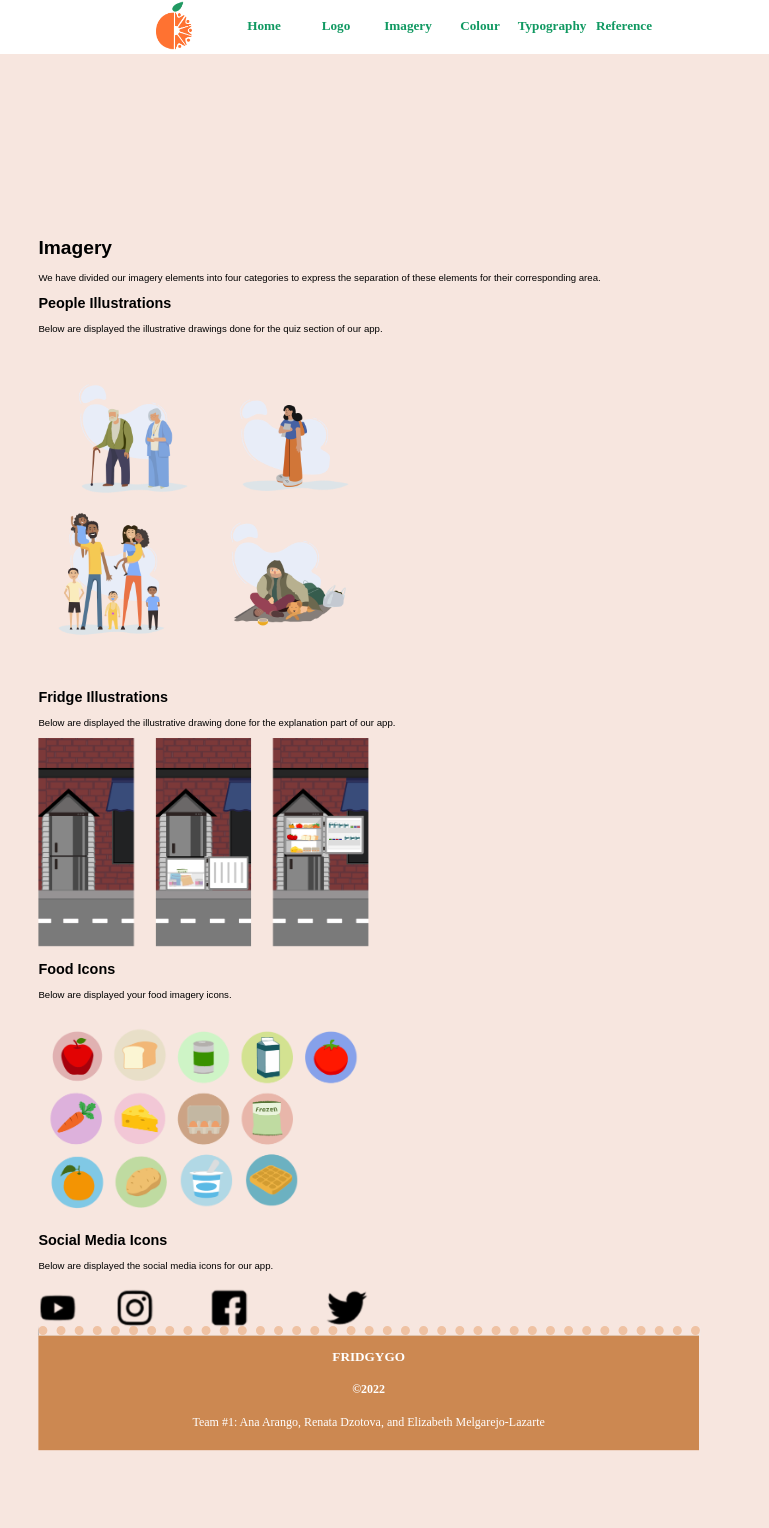
Repository: anagarango/fridgygostyle
Page: http://localhost/imagery.php
These files come from the project's save history. The page is drawn as it stood at one moment and after the next save; the edit follows.
The browser window is 1280 px wide. The page is 1280 px wide, then 1282 px, so the pictures cover 1282 px, including what lies to the right of the window. The pictures show the whole page, at 60% of full size.
Some web fonts or font styles are not loaded; a fallback is used. The page is run by PHP 8.4 with error messages shown; the project is at /var/www/html/.

Above is the page before, as saved 2022-03-22 23:55:27.

### imagery.php
<!DOCTYPE html>
<html lang="en">
<head>
    <meta charset="UTF-8">
    <meta http-equiv="X-UA-Compatible" content="IE=edge">
    <meta name="viewport" content="width=device-width, initial-scale=1.0">
    <title>Document</title>
    <style>
        .logo_inspirations{
            padding: 10% 5%;
            height: fit-content
        }
        .imagery_section img{
            width: 50%;
        }
        .imagery_section{
            padding: 10% 5%;
            width: 86vw;
            height: fit-content;
        }
    </style>
</head>
<body>
    <?php include 'header.php';?>
    <div class="logo_inspirations">
    </div>

    <div class="imagery_section">
     <div class= "imagery">

        <h1>Imagery</h1>
        <p> We have divided our imagery elements into four categories to express the separation of these elements for their corresponding area. </p>
    </div>

    <div class="people_section">
        <h2>People Illustrations</h2>
    <p> Below are displayed the illustrative drawings done for the quiz section of our app.</p>
    <img src="imgs/people.png">
    </div>
    <div class="fridge_section">
        <h2>Fridge Illustrations</h2>
 <p>Below are displayed the illustrative drawing done for the explanation  part of our app.</p>
 <img src="imgs/fridges.png">

 </div>
 <div class="food_icon_section">
     <h2>Food Icons</h2>
 <p> Below are displayed your food imagery icons.</p>
 <img src="imgs/food_icons.png">
</div>

<div class="social_icon_section">
<h2>Social Media Icons</h2>
<p>Below are displayed the social media icons for our app.</p>
<img src="imgs/social_icons.png">
    </div>
    <?php include 'footer.php';?>
</body>
</html>

### header.php
<!DOCTYPE html>
<html lang="en">
<head>
    <meta charset="UTF-8">
    <meta http-equiv="X-UA-Compatible" content="IE=edge">
    <meta name="viewport" content="width=device-width, initial-scale=1.0">
    <title>Document</title>
    <style>
        @import url('https://fonts.googleapis.com/css2?family=Staatliches&display=swap');
        html{
            background-color: rgb(253, 241, 227);
            background-color: #f7e6df
        }
        body{
            margin: -10px 0 0 0;
            font-family: Arial, Helvetica, sans-serif;
        }
        .header{
            display: flex;
            position: fixed;
            margin-top: -5px;
            background-color: white;
            height: 105px;
            width: 100vw;
            justify-content: center;
            align-items: center;
            z-index: 1;
            font-family: 'Staatliches', cursive;
        }
        .header > a {
            display: flex;
            justify-content: center;
            align-items: center;
            padding-top:10px;
            width: 120px;
            height: 95px;
            font-size: 22px;
            color: #119962;
            text-decoration: none;
            font-weight: 600;
        }
        .header > .hover:hover {
            font-size: 26px;
            background-color: #efc2a3;
            color: rgb(163, 98, 45);
            transition: 0.4s;
            font-weight: 800;
        }
        .logo {
            width: 100px;
            margin-top:35px;
            height: 100%;
            background-image: url("imgs/final_logo.png");
            background-size: 50%;
            background-repeat: no-repeat;

        }
    </style>
</head>
<body>
    <ul class="header">
        <a class="logo" href="index.php"></a>
        <a class="hover" href="index.php">Home</a>
        <a class="hover" href="logo.php">Logo</a>
        <a class="hover" href="imagery.php">Imagery</a>
        <a class="hover" href="colour.php">Colour</a>
        <a class="hover" href="typo.php">Typography</a>
        <a class="hover" href="ref.php">Reference</a>
    </ul>
</body>
</html>

### footer.php
<!DOCTYPE html>
<html lang="en">
<head>
    <meta charset="UTF-8">
    <meta http-equiv="X-UA-Compatible" content="IE=edge">
    <meta name="viewport" content="width=device-width, initial-scale=1.0">
    <title>Document</title>
    <style>
        .footer{
            display: flex;
            justify-content: center;
            align-items: center;
            flex-direction: column;
            margin-top: 0px;
            padding-bottom: 15px;
            background-color: rgb(204, 136, 81);
            font-family: 'Staatliches', cursive;
        }

        .line{
            width: 100%;
            border-top: 15px dotted #efc2a3;
            margin-top: -15px;
        }

        .brand_name{
            font-size: 22px;
            color: white;
        }

        .copy_right {
            font-size: 20px;
            color: white;
        }

        .team1{
            font-weight: 500;
            font-size: 20px;
            color: white;
        }
</style>
</head>
<body>
    <div class="footer">
        <hr class="line">
        <h1 class="brand_name"> FRIDGYGO</h1>
        <h1 class="copy_right">©2022</h1>
        <h3 class="team1">Team #1: Ana Arango, Renata Dzotova, and Elizabeth Melgarejo-Lazarte </h3>
    </div>
</body>
</html>

After the next save:
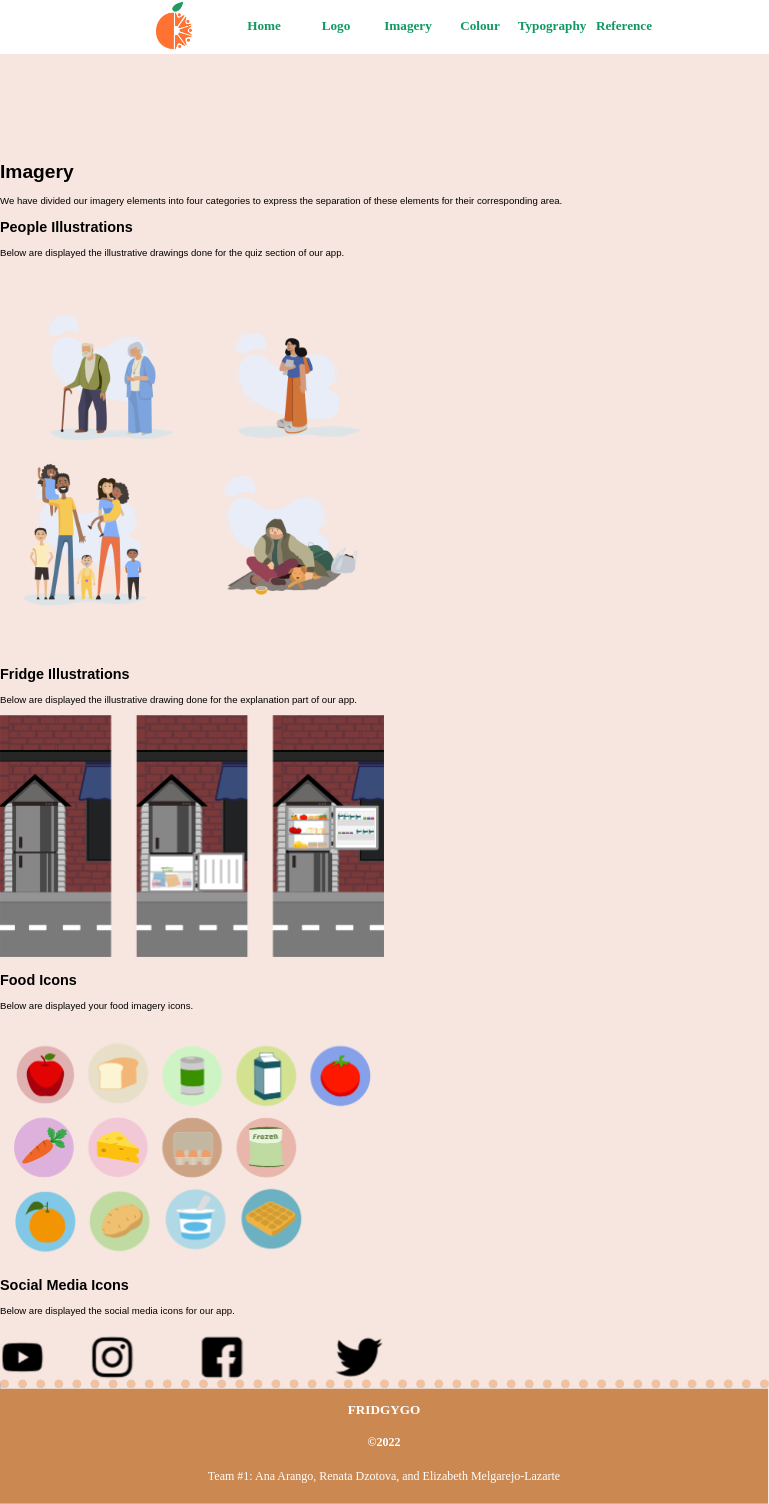
Saved 22 s later.
--- a/imagery.php
+++ b/imagery.php
@@ -14,8 +14,8 @@
             width: 50%;
         }
         .imagery_section{
-            padding: 10% 5%;
-            width: 86vw;
+            /* padding: 10% 5%;
+            width: 86vw; */
             height: fit-content;
         }
     </style>
